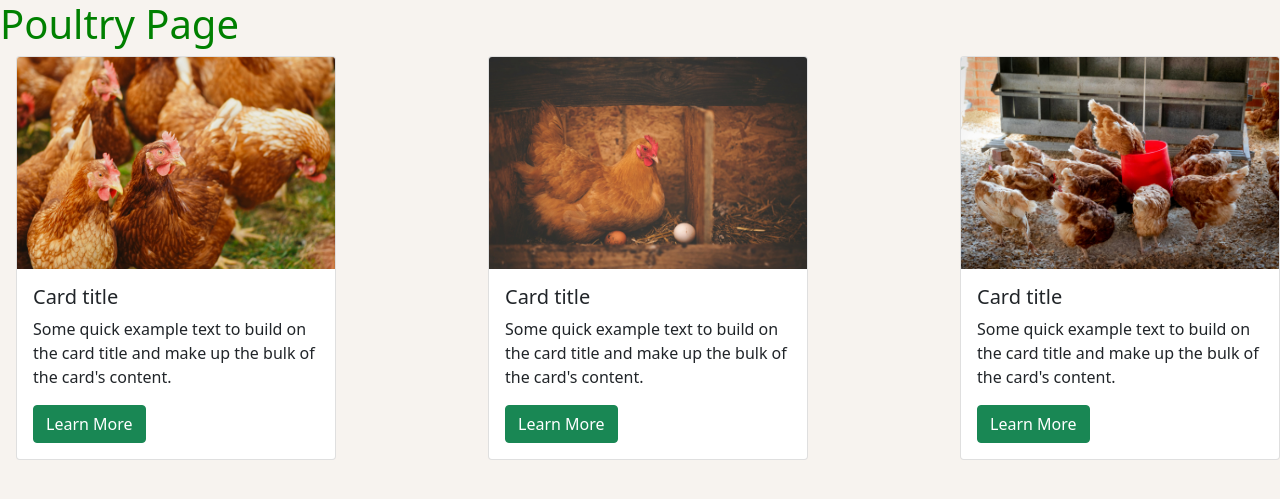
Repository: Allevandrose/Agri-invest
Page: poultry.html
These files come from the project's save history. The page is drawn as it stood at one moment and after the next save; the edit follows.
The browser window is 1280 px wide. The pictures show the whole page.

Above is the page before, as saved 2024-04-13 15:25:18.

After the next save:
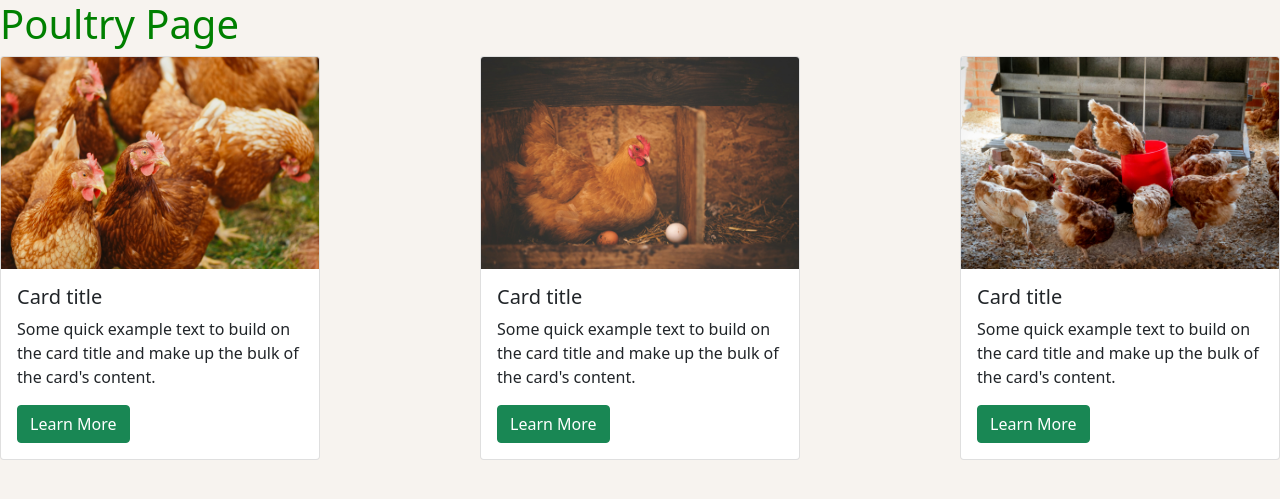
Saved 11 s later.
--- a/poultry.css
+++ b/poultry.css
@@ -10,5 +10,5 @@
     display: flex;
     flex-wrap: wrap;
     justify-content: space-between;
-    margin-left: 16px;
+    margin-left: px;
 }

After the save that followed:
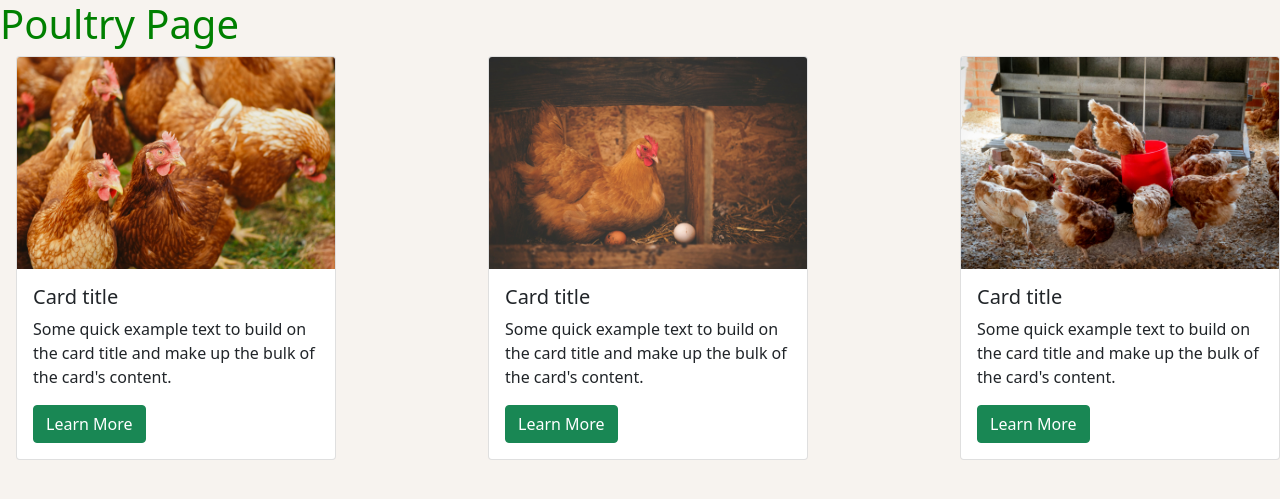
Saved 9 s later.
--- a/poultry.css
+++ b/poultry.css
@@ -10,5 +10,5 @@
     display: flex;
     flex-wrap: wrap;
     justify-content: space-between;
-    margin-left: px;
+    margin-left: 16px;
 }
